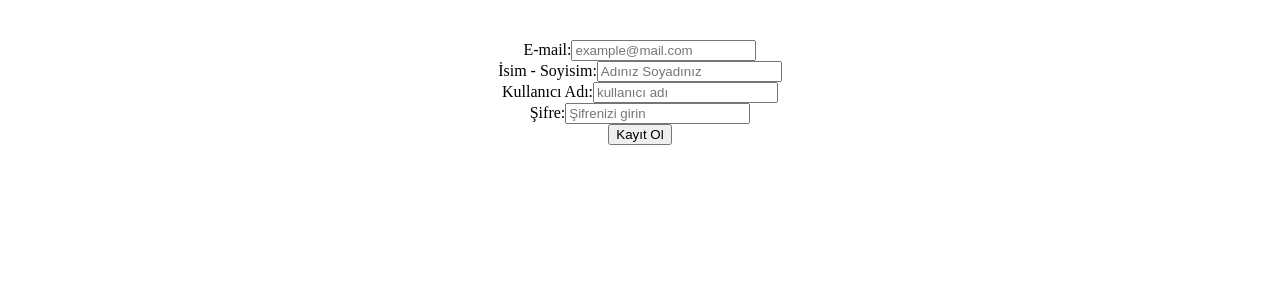
Repository: rumeyssaasya/TaskifyFrontendExample
Page: /
These files come from the project's save history. The page is drawn as it stood at one moment and after the next save; the edit follows.
The browser window is 1280 px wide. The pictures show the whole page.
The project was rebuilt for these pictures with package versions that can differ from the ones it lists, and the page was loaded fresh each time. Also part of the build but not shown: vite.config.ts, src/pages/Login/login.tsx, src/component/Navbar/navbar.tsx, src/component/ProjectList/projectList.tsx, src/component/CreateProject/createProject.tsx, src/pages/Projects/projects.tsx, src/api/ProtectedRoute.tsx, src/component/TaskList/taskList.tsx and 2 more. Imported but missing from the stored project, and not drawn on this page: src/component/ProjectDetails/projectDetail.

Above is the page before, as saved 2025-07-26 01:48:58.

### index.html
<!doctype html>
<html lang="en">
  <head>
    <meta charset="UTF-8" />
    <link rel="icon" type="image/svg+xml" href="" />
    <meta name="viewport" content="width=device-width, initial-scale=1.0" />
    <title>Taskify</title>
  </head>
  <body>
    <div id="root"></div>
    <script type="module" src="/src/main.tsx"></script>
  </body>
</html>

### src/index.css
:root {}

body {}

### src/App.tsx
import './App.css'
import { BrowserRouter, Route, Routes } from 'react-router-dom';
import LoginForm from './pages/Login/login';
import RegisterForm from './pages/Register/register';
import Projects from './pages/Projects/projects';
import ProtectedRoute from './api/ProtectedRoute';
import Tasks from './pages/Tasks/tasks';

function App() {
  return (
    <BrowserRouter>
      <Routes>
        <Route path="/" element={<RegisterForm />} />
         <Route path="/auth/login" element={<LoginForm/>} />
        <Route element={<ProtectedRoute />}>
          <Route path="/projects" element={<Projects />} />
          <Route path="/tasks" element={<Tasks />} />
        </Route>
      </Routes>
    </BrowserRouter>
  )
}

export default App

### src/App.css
#root {
  max-width: 1280px;
  margin: 0 auto;
  padding: 2rem;
  text-align: center;
}


@keyframes logo-spin {
  from {
    transform: rotate(0deg);
  }

  to {
    transform: rotate(360deg);
  }
}

### src/pages/Register/register.tsx
import React, { useState } from "react";
import api from "../../api/axios"
import { useNavigate } from "react-router-dom";


const RegisterForm = () => {
  const [email, setEmail] = useState("");
  const [fullName, setFullName] = useState("");
  const [username, setUsername] = useState("");
  const [password, setPassword] = useState("");
  const [error, setError] = useState<string | null>(null);
  const navigate = useNavigate();

  const handleSubmit = async (e: React.FormEvent<HTMLFormElement>) => {
    e.preventDefault();

    try {
      const response = await api.post("http://localhost:8080/auth/register", {
        email,
        fullName,
        username,
        password,
      });

      const token = response.data.token;
      localStorage.setItem("token", token);
      navigate("/auth/login"); // sayfaya yönlendiriyoruz, API endpoint'e değil
    } catch (err) {
      setError("Kayıt işlemi başarısız. Lütfen bilgileri kontrol edin.");
    }
  };

  return (
    <form onSubmit={handleSubmit}>
      <div>
        <label>E-mail:</label>
        <input
          type="email"
          placeholder="example@mail.com"
          value={email}
          onChange={(e) => setEmail(e.target.value)}
          autoComplete="email"
          required
        />
      </div>

      <div>
        <label>İsim - Soyisim:</label>
        <input
          type="text"
          placeholder="Adınız Soyadınız"
          value={fullName}
          onChange={(e) => setFullName(e.target.value)}
          autoComplete="name"
          required
        />
      </div>

      <div>
        <label>Kullanıcı Adı:</label>
        <input
          type="text"
          placeholder="kullanıcı adı"
          value={username}
          onChange={(e) => setUsername(e.target.value)}
          autoComplete="username"
          required
        />
      </div>

      <div>
        <label>Şifre:</label>
        <input
          type="password"
          placeholder="Şifrenizi girin"
          value={password}
          onChange={(e) => setPassword(e.target.value)}
          autoComplete="new-password"
          required
        />
      </div>

      {error && <p style={{ color: "red" }}>{error}</p>}

      <button type="submit">Kayıt Ol</button>
    </form>
  );
};

export default RegisterForm;

### src/api/axios.ts
import axios from 'axios';

// 1. Axios instance oluşturuyoruz, böylece tüm isteklerde aynı baseURL kullanılır
const api = axios.create({
  baseURL: 'http://localhost:8080', // Backend adresin, kendi projenin URL'si
});

// 2. İstek gönderilmeden önce çalışacak interceptor ekliyoruz
api.interceptors.request.use(config => {
  // 3. localStorage'dan token'ı alıyoruz
  const token = localStorage.getItem('token');

  // 4. Eğer token varsa, istek header'ına ekliyoruz
  if (token!== null) {
    config.headers.Authorization = `Bearer ${token}`;
  }

  // 5. İsteği geri döndür, böylece axios devam edebilir
  return config;
}, error => {
  // 6. Hata varsa burada yakalayabiliriz
  return Promise.reject(error);
});

export default api;

Loaded but not shown: src/main.tsx (common file)

After the next save:
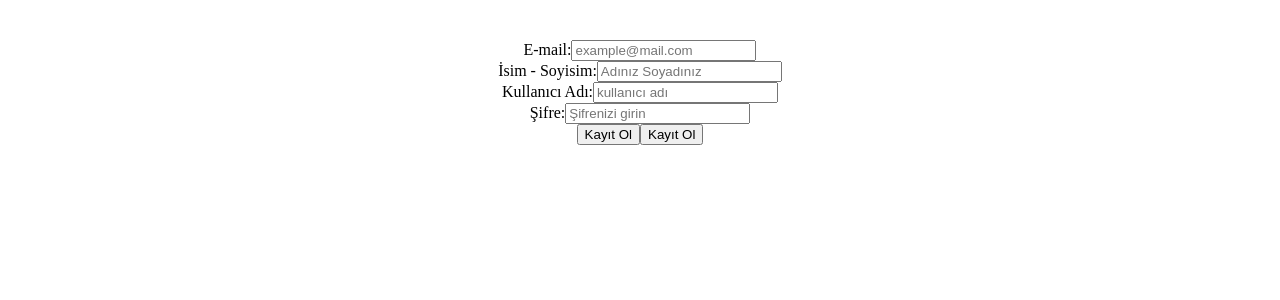
Saved 23 s later.
--- a/src/pages/Register/register.tsx
+++ b/src/pages/Register/register.tsx
@@ -83,6 +83,7 @@ const RegisterForm = () => {
       {error && <p style={{ color: "red" }}>{error}</p>}
 
       <button type="submit">Kayıt Ol</button>
+       <button type="button" onClick={()=>navigate("/auth/login")}>Kayıt Ol</button>
     </form>
   );
 };
